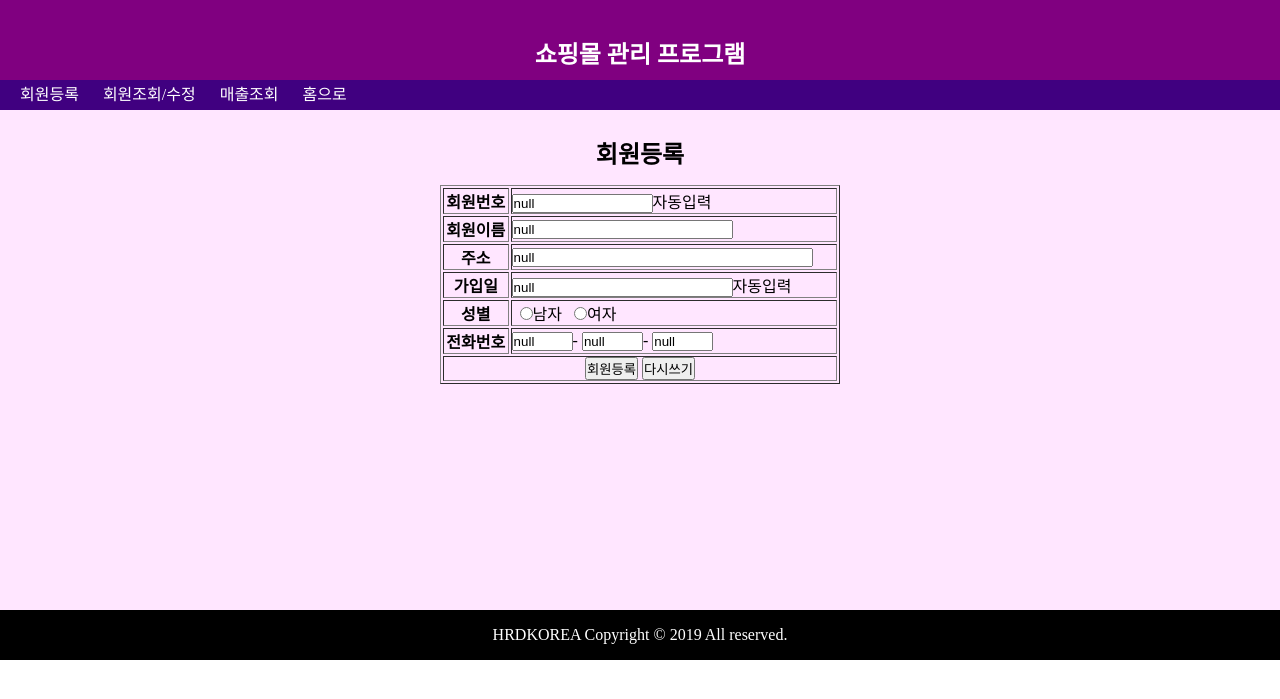
Repository: hyeoni2/-
Page: http://localhost/쇼핑몰관리2/update.jsp
The author's editor kept a copy of each file at every save. The page is drawn from the files as they stood at one save, then again after the next save.
The browser window is 1280 px wide. The pictures show the whole page.
The page is served by Tomcat 9. Queries for data that is not in the repository find no rows.

Above is the page before, as saved 2021-04-14 02:07:13.

### workspace(쇼핑/쇼핑몰관리2/WebContent/update.jsp
<%@ page language="java" contentType="text/html; charset=UTF-8"
    pageEncoding="UTF-8"%>
<!DOCTYPE html>
<html>
<head>
<meta charset="UTF-8">
<%@include file="header.jsp" %>
<%
	sql += "select memno, name, address,";
	sql += " to_char(hiredate, 'yyyy-mm-dd'),";
	sql += " gender, tel1, tel2, tel3";
	sql += " from member where memno=?";

	ps = con.prepareStatement(sql);
	ps.setString(1, request.getParameter("memno"));
	rs = ps.executeQuery();
	rs.next();
	String gender = rs.getString("gender");

%>
<title>쇼핑몰관리 프로그램</title>
</head>
	<script type="text/javascript">
		function check() {
			if(f.memno.value == ""){
				alert("회원번호를 입력해주세요");
				return f.memno.focus;
			}
			if(f.name.value == ""){
				alert("이름을 입력해주세요");
				return f.name.focus;
			}
			if(f.address.value == ""){
				alert("주소를 입력해주세요");
				return f.address.focus;
			}
			if(f.hiredate.value == ""){
				alert("가입일을 입력해주세요");
				return f.hiredate.focus;
			}
			if(f.gender[0].checked == false && f.gender[1].checked == false){
				alert("성별을 선택해주세요");
				return;
			}
			if(f.tel1.value == ""){
				alert("전화번호를 입력해주세요");
				return f.tel1.focus;
			}
			if(f.tel2.value == ""){
				alert("전화번호를 입력해주세요");
				return f.tel2.focus;
			}
			if(f.tel3.value == ""){
				alert("전화번호를 입력해주세요");
				return f.tel3.focus;
			}

			f.submit();
		}


	</script>
<body>
	<section>
		<h2>회원등록</h2>
	<form action="updatePro.jsp" method="post" name="f">
		<table border="1" width = "400" style="margin: 0 auto;">
			<tr>
				<th>회원번호</th>
				<td><input type="text" name="memno" value="<%=rs.getString(1) %>" size="15" maxlength="4" readonly>자동입력</td>
			</tr>
			<tr>
				<th>회원이름</th>
				<td><input type="text" name="name" value="<%=rs.getString(2) %>" size="25" maxlength="30"></td>
			</tr>
			<tr>
				<th>주소</th>
				<td><input type="text" name="address" value="<%=rs.getString(3) %>" size="35" maxlength="100"></td>
			</tr>
			<tr>
				<th>가입일</th>
				<td><input type="text" name="hiredate" value="<%=rs.getString(4) %>" size="25">자동입력</td>
			</tr>
			<tr>
				<th>성별</th>
				<td>
				&nbsp;&nbsp;<input type="radio" name="gender" value="M" <%if(gender != null && gender.equals("M")){out.print("checked='checked'");} %>>남자
				&nbsp;&nbsp;<input type="radio" name="gender" value="F" <%if(gender != null && gender.equals("F")){out.print("checked='checked'");} %>>여자
				</td>
			</tr>
			<tr>
				<th>전화번호</th>
				<td>
				<input type="text" name="tel1" value="<%=rs.getString(6) %>" size="5" maxlength="3">-
				<input type="text" name="tel2" value="<%=rs.getString(7) %>" size="5" maxlength="4">-
				<input type="text" name="tel3" value="<%=rs.getString(8) %>" size="5" maxlength="4">
				</td>
			</tr>
			<tr>
				<th colspan="2">
				<input type="submit" name="" value="회원등록" onclick = "check(); return false">
				<input type="reset" name="" value="다시쓰기">
				</th>
			</tr>


		</table>
	</form>


	</section>
	<%@include file="footer.jsp" %>

</body>
</html>

### workspace(쇼핑/쇼핑몰관리2/WebContent/header.jsp
<%@ page language="java" contentType="text/html; charset=UTF-8"
    pageEncoding="UTF-8"%>
    <%@include file="dbcon.jsp" %>
<!DOCTYPE html>
<link href="style.css" rel="stylesheet" type="text/css">
<html>
<head>
<meta charset="UTF-8">
<title>header</title>
</head>
<body>

<header>
	<h2>쇼핑몰 관리 프로그램</h2>
</header>

<nav>
	<a href="insert.jsp">회원등록</a>
	<a href="select.jsp">회원조회/수정</a>
	<a href="select2.jsp">매출조회</a>
	<a href="index.jsp">홈으로</a>
</nav>


</body>
</html>

### workspace(쇼핑/쇼핑몰관리2/WebContent/dbcon.jsp
<%@page import="java.sql.*"%>
<%@ page language="java" contentType="text/html; charset=UTF-8"
    pageEncoding="UTF-8"%>
<%
//한글 깨짐 방지하기 위해 인코딩을 한다
request.setCharacterEncoding("UTF-8");
//오라클 드라이버를 로딩시킨다
Class.forName("oracle.jdbc.OracleDriver");
//커넥션 객체를 만들어서 연결시킨다
Connection con = DriverManager.getConnection("jdbc:oracle:thin:@localhost:1521:xe", "system", "1234");
//구문객체를 만든다.
Statement stmt = con.createStatement();
//쿼리문으로 바꾸지 않고 바로 업데이트 시킬 수 있는 객체를 만든다.
PreparedStatement ps = null;
//sql문을 공백으로 비워놓는다.
String sql = "";
//결과셋을 null값으로 준다
ResultSet rs = null;
%>

### workspace(쇼핑/쇼핑몰관리2/WebContent/footer.jsp
<%@ page language="java" contentType="text/html; charset=UTF-8"
    pageEncoding="UTF-8"%>
<!DOCTYPE html>
<html>
<head>
<meta charset="UTF-8">
<title>footer</title>
</head>
<body>
	<footer>HRDKOREA Copyright &copy; 2019 All reserved.</footer>

</body>
</html>
<%

try{
	if(con != null){
		con.close();
	}
	if(stmt != null){
		stmt.close();
	}
	if(ps != null){
		ps.close();
	}
	if(rs != null){
		rs.close();
	}
}catch(Exception e){
	e.printStackTrace();
}

%>

### workspace(쇼핑/쇼핑몰관리2/WebContent/style.css
@charset "UTF-8";
*{
	box-sizing: border-box;
	padding: 0px;
	margin: 0px;
}
header{
	background-color: purple;
	height: 80px;
	padding-top: 20px;
}
header h2{
	color: white;
	padding-bottom: 20px;
}
nav{
	background: #400080;
	height: 30px;
	line-height : 30px;
}

nav a{
	padding-left: 20px;
	color: white;
	text-decoration: none;
}
section{
	background-color: #ffe6ff;
	height: 500px;
	padding: 10px;
}
h2{
	text-align: center;
	margin : 15px;
}
section div{
	margin-left: 10px;

}
ol li{
	margin-left: 20px;
}
td a{
	text-decoration: none;
	color: gray;
}

footer{
	text-align: center;
	background-color: black;
	color: white;
	height: 50px;
	line-height: 50px;
}

After the next save:
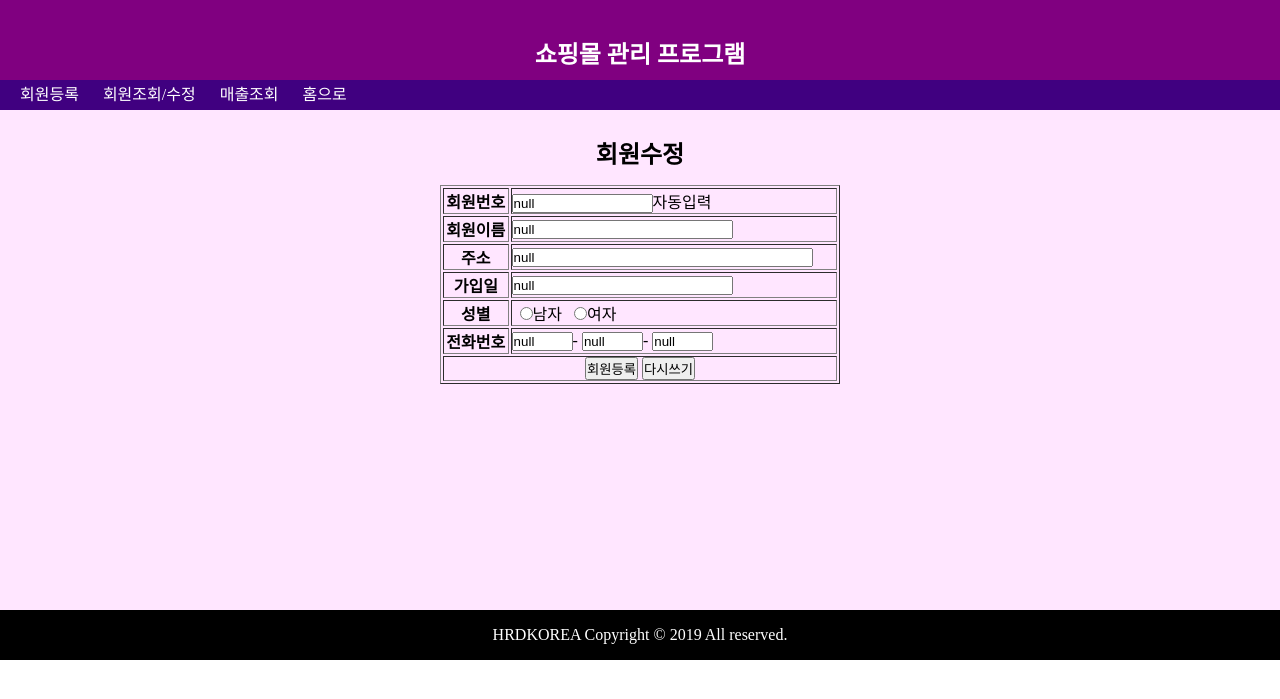
Saved 24 s later.
--- a/workspace(쇼핑/쇼핑몰관리2/WebContent/update.jsp
+++ b/workspace(쇼핑/쇼핑몰관리2/WebContent/update.jsp
@@ -62,7 +62,7 @@
 	</script>
 <body>
 	<section>
-		<h2>회원등록</h2>
+		<h2>회원수정</h2>
 	<form action="updatePro.jsp" method="post" name="f">
 		<table border="1" width = "400" style="margin: 0 auto;">
 			<tr>
@@ -79,7 +79,7 @@
 			</tr>
 			<tr>
 				<th>가입일</th>
-				<td><input type="text" name="hiredate" value="<%=rs.getString(4) %>" size="25">자동입력</td>
+				<td><input type="text" name="hiredate" value="<%=rs.getString(4) %>" size="25"></td>
 			</tr>
 			<tr>
 				<th>성별</th>
